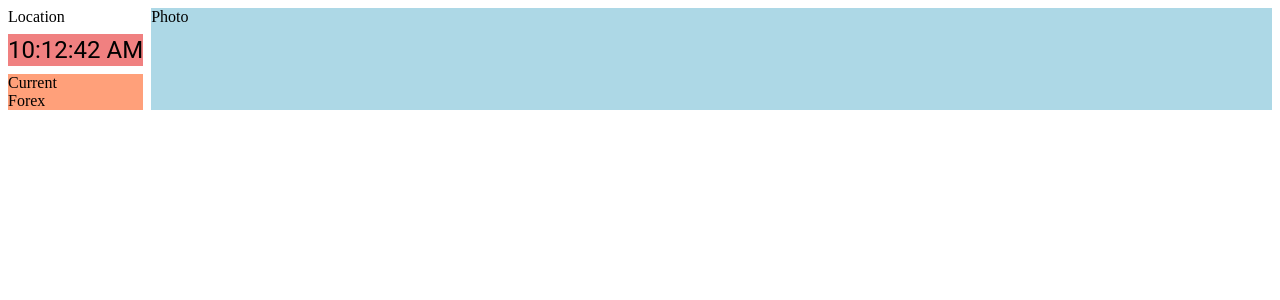
Repository: songvi/meteo
Page: /
These files come from the project's save history. The page is drawn as it stood at one moment and after the next save; the edit follows.
The browser window is 1280 px wide. The pictures show the whole page.
The project was rebuilt for these pictures with package versions that can differ from the ones it lists, and the page was loaded fresh each time. Also part of the build but not shown: src/App.css.

Above is the page before, as saved 2023-04-02 23:31:02.

After the next save:
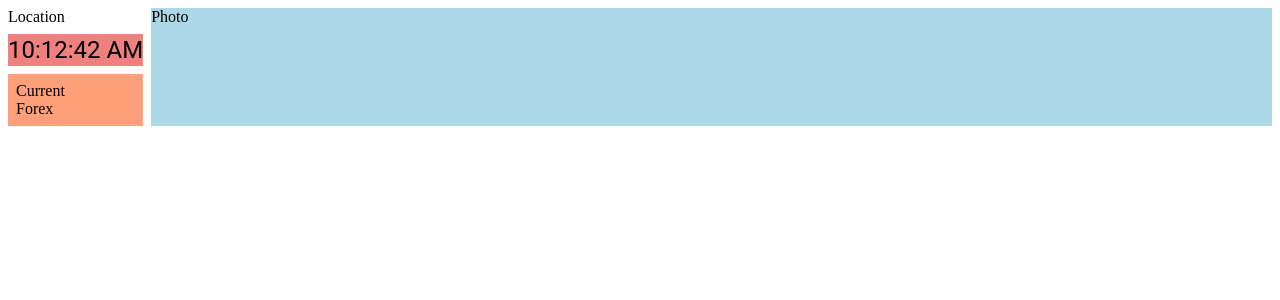
Saved 10 s later.
--- a/src/features/meteo/Meteo.tsx
+++ b/src/features/meteo/Meteo.tsx
@@ -5,7 +5,7 @@
 
 const Meteo = () => {
   return (
-    <Box justifyContent={'center'} bgcolor={'lightsalmon'}  mt={1}>
+    <Box justifyContent={'center'} bgcolor={'lightsalmon'} padding={1}>
       <Current />
       <Forex />
     </Box>

After the 2 saves that followed:
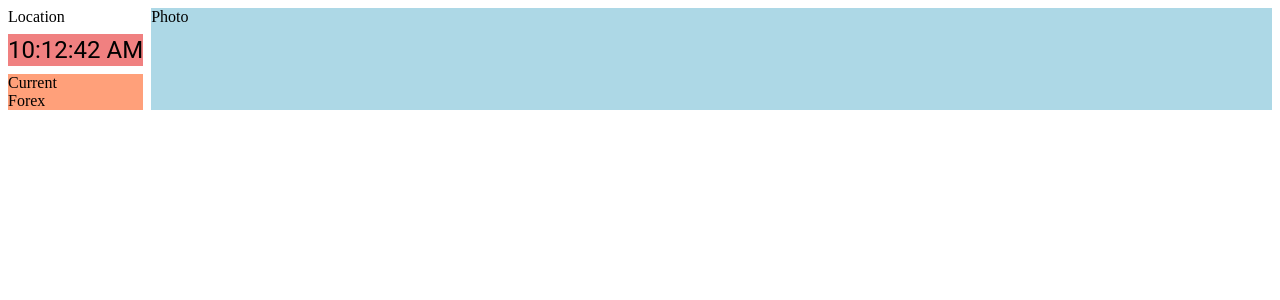
The 2 saves are shown as one change because they came seconds apart.
The last was saved 13 s later.
--- a/src/features/meteo/Meteo.tsx
+++ b/src/features/meteo/Meteo.tsx
@@ -5,7 +5,7 @@
 
 const Meteo = () => {
   return (
-    <Box justifyContent={'center'} bgcolor={'lightsalmon'} padding={1}>
+    <Box justifyContent={'center'} bgcolor={'lightsalmon'}>
       <Current />
       <Forex />
     </Box>
